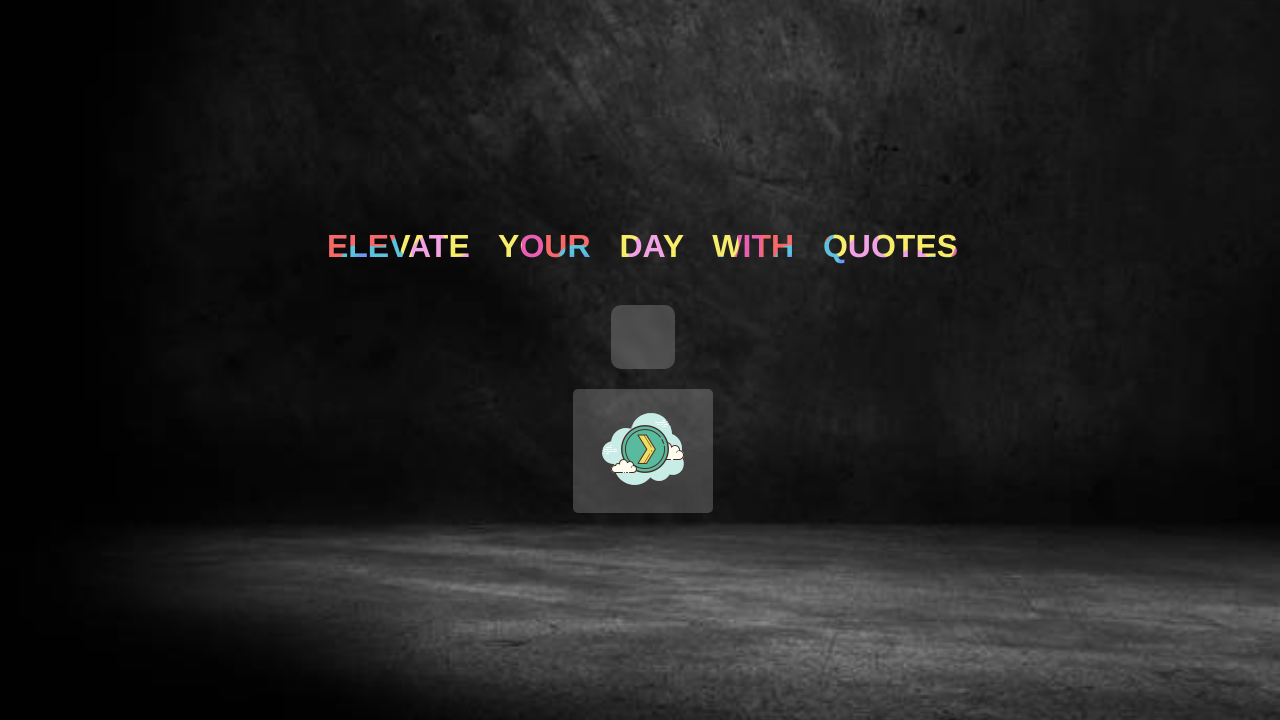
Repository: Bhavik-Sanghar/Quote-app
Page: /
An editor plug-in stored every save of this project. The page is shown before and after the next save, followed by the edit.
The browser window is 1280 px wide. The pictures show the whole page.
The page's requests for data from a server got no answer. The project was rebuilt for these pictures with package versions that can differ from the ones it lists, and the page was loaded fresh each time. No one was signed in, and anything a server would have sent is missing. Also part of the build but not shown: src/styles.css.

Above is the page before, as saved 2023-08-18 17:32:14.

After the next save:
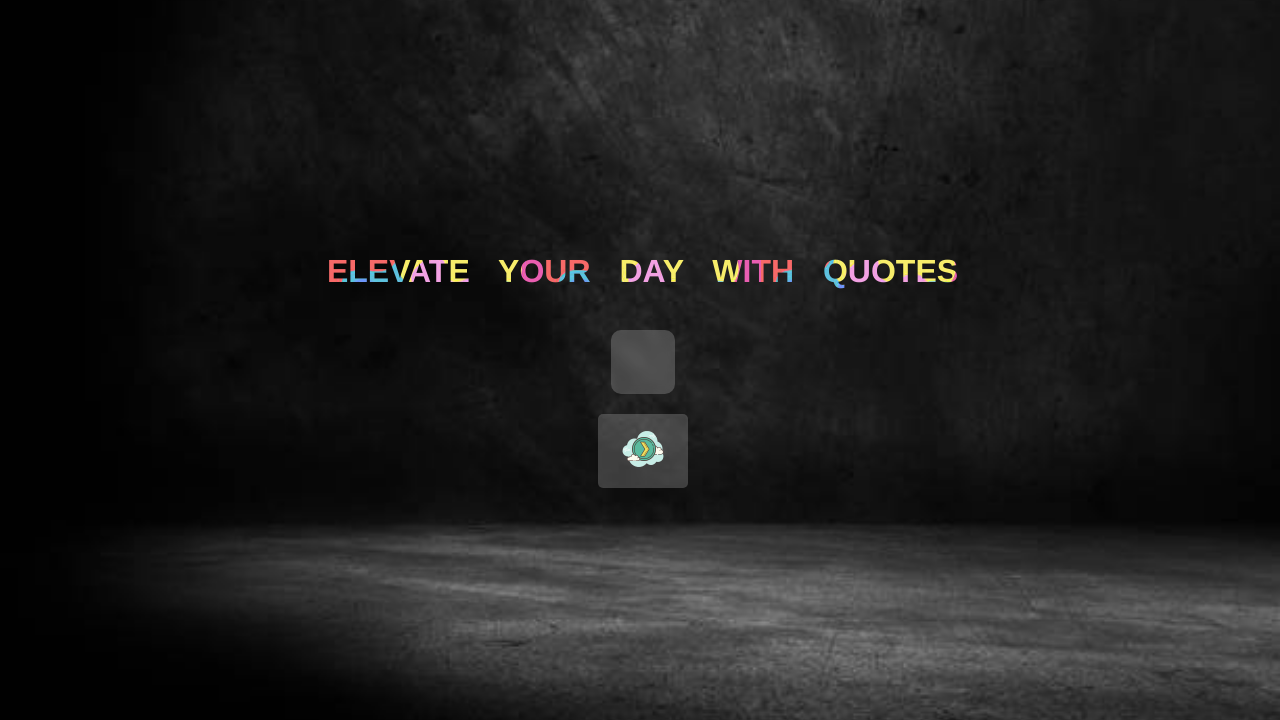
Saved 20 s later.
--- a/src/components/New.css
+++ b/src/components/New.css
@@ -83,6 +83,11 @@
   position: relative; /* Ensure proper z-index behavior */
 }
 
+#next{
+  width: 50px;
+  height: 50px;
+}
+
 @keyframes fadeInHeading {
   from {
     opacity: 0;
